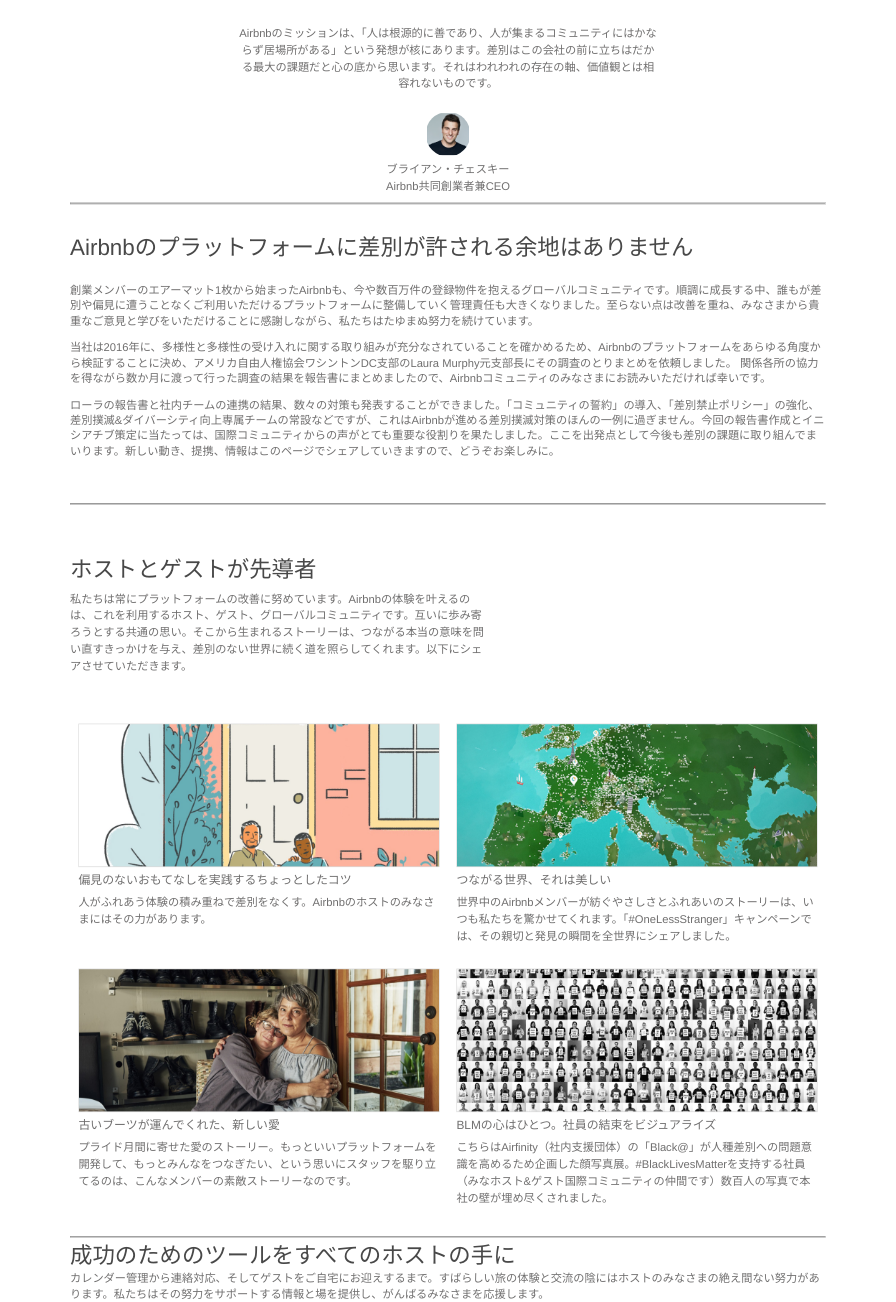
Repository: Ryoma-tech/20200622_htmlcss01
Page: index.html
An editor plug-in stored every save of this project. The page is shown before and after the next save, followed by the edit.
The browser window is 1280 px wide. The pictures show the part of the page from y = 684 to 2604 px (the page is 2544 px tall before and 2604 px after), at 70% of full size.

Above is the page before, as saved 2020-06-24 11:49:36.

After the next save:
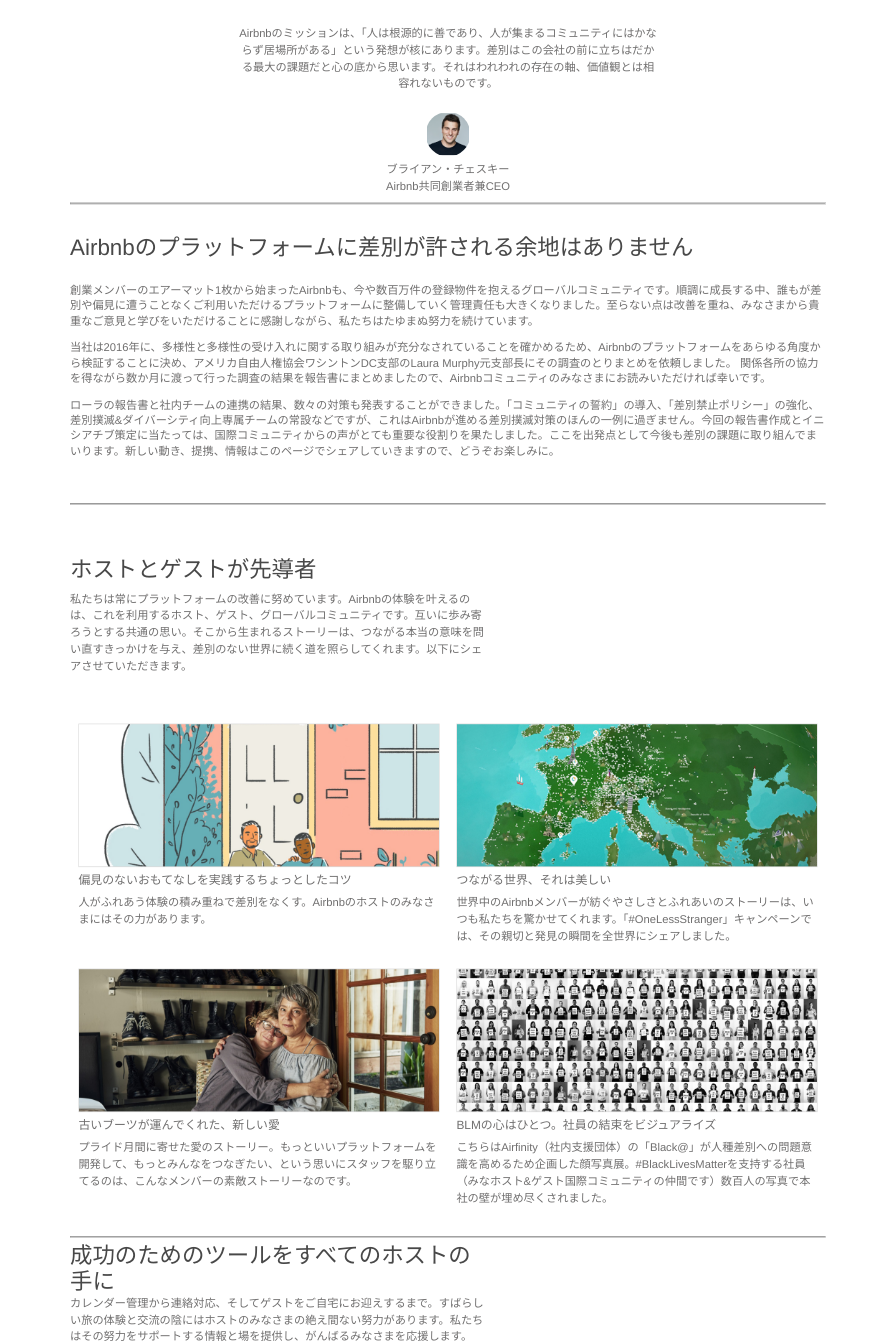
Saved 82 min 57 s later.
--- a/style.css
+++ b/style.css
@@ -290,6 +290,5 @@
 }
 
 .section4 {
-    text-align: left;
-    max-width: ;
-}
+    max-width: 600px;
+}
